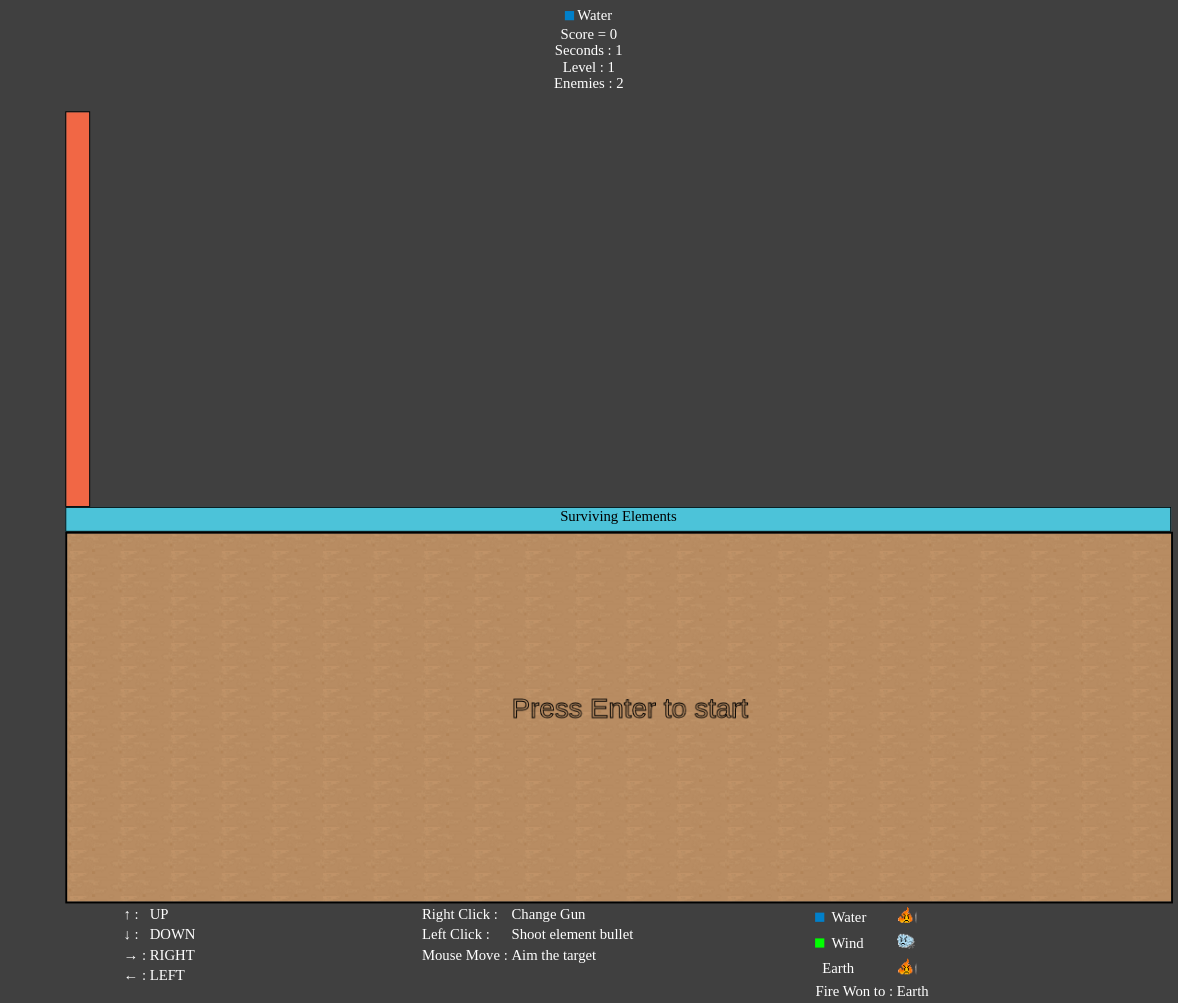
Repository: Pabloitto/Surviving-elements
Page: Surviving-Elements/index.html
The author's editor kept a record of every edit. The page is drawn from the files as they stood at one moment, then again after the next edit.
The browser window is 1280 px wide. The pictures show the whole page, at 92% of full size.

Above is the page before.

### Surviving-Elements/index.html
<!DOCTYPE html>
<html>
<head>
  <meta charset="utf-8">
  <title>Surviving Elements</title>
  <link rel="stylesheet" type="text/css" href="css/styles.css">
</head>
<body>
  <div align="center"></div>
    <div id="divGame">
   		<div class="elements" style="height:100px;">
    		<div style="margin-left:46%;height:20px;width:100px;">
    		  <span id="current"></span><label id="nameElement" class="name"></label>
    		</div>
    		<div id="score"></div>
    		<div id="time"></div>
    		<div id="txtlevel"></div>
    		<div id="txtenemies"></div>
     	</div>
     	<div class="center">
       	<canvas id="progresscanvas" class="progresscanvas"></canvas>
  			<div class="top">Surviving Elements</div>
        <canvas id="canvas" class="maincanvas" style="border:2px solid #000000;"></canvas>
        <div class="controls center">
          <table style="float:left">
            <tr>
              <td>↑ : </td><td>UP</td>
            </tr>
            <tr>
              <td>↓ : </td><td>DOWN</td>
            </tr>
            <tr>
              <td>→ : </td><td>RIGHT</td>
            </tr>
            <tr>
              <td>← : </td><td>LEFT</td>
            </tr>
          </table>
          <table style="float:left;margin-left:25%;">
             <tr>
              <td>Right Click : </td><td>Change Gun</td>
            </tr>
            <tr>
              <td>Left Click : </td><td>Shoot element bullet</td>
            </tr>
            <tr>
              <td>Mouse Move : </td><td>Aim the target</td>
            </tr>
          </table>
            <table style="float:left;margin-left:20%;">
            <tr>
              <td>
                <span id="current" class="Water"></span>
                <label class="name">Water</label>
              </td>
              <td>
                <span class="spriteElements fire"></span>
              </td>
            </tr>
            <tr>
              <td>
                <span id="current" class="Wind"></span>
                <label class="name">Wind</label>
              </td>
              <td>
                <span class="spriteElements wind"></span>
              </td>
            </tr>
            <tr>
              <td>
                <span id="current" class="Earth"></span>
                <label class="name">Earth</label>
              </td>
              <td>
                <span class="spriteElements fire"></span>
              </td>
            </tr>
            <tr>
              <td>Fire Won to : </td><td>Earth</td>
            </tr>
          </table>
        </div>
      </div>
    </div>
</body>
<script type="text/javascript" src="core/main.js"></script>
<script type="text/javascript" src="dom/domtools.js"></script>
<script type="text/javascript" src="collitions/collitionTools.js"></script>
<script type="text/javascript" src="core/utils/imagesfactory.js"></script>
<script type="text/javascript" src="core/utils/soundsfactory.js"></script>
<script type="text/javascript" src="listeners/keyevent.js"></script>
<script type="text/javascript" src="listeners/mouseevent.js"></script>
<script type="text/javascript" src="models/shape.js"></script>
<script type="text/javascript" src="models/progressbar.js"></script>
<script type="text/javascript" src="models/bg.js"></script>
<script type="text/javascript" src="models/particle.js"></script>
<script type="text/javascript" src="models/explosion.js"></script>
<script type="text/javascript" src="models/element.js"></script>
<script type="text/javascript" src="models/cursor.js"></script>
<script type="text/javascript" src="models/bullet.js"></script>
<script type="text/javascript" src="models/energybar.js"></script>
<script type="text/javascript" src="models/hero.js"></script>
<script type="text/javascript" src="models/enemy.js"></script>
<script type="text/javascript" src="core/game.js"></script>
<script type="text/javascript" src="painters/herodrawable.js"></script>
<script type="text/javascript" src="painters/explosiondrawable.js"></script>
<script type="text/javascript" src="painters/bulletdrawable.js"></script>
<script type="text/javascript" src="painters/energybardrawable.js"></script>
<script type="text/javascript" src="painters/enemydrawable.js"></script>
<script type="text/javascript" src="painters/backgrounddrawable.js"></script>
<script type="text/javascript" src="painters/progressbardrawable.js"></script>
</html>

### Surviving-Elements/css/styles.css
canvas {cursor: none;}
body{
	background-color:#404040;
}
.Water{
	background-color: #0180CA;
	height:10px;
	width:10px;
}
.Ground{
	background-color: #655619;
	height:10px;
	width:10px;
}
.Wind{
	background-color: #00FF00;
	height:10px;
	width:10px;
}
.Fire{
	background-color: #CA0F01;
	height:10px;
	width:10px;
}
.fire { display: inline-block;padding-left:4%;width: 20px; height: 20px; background-position: 0px 0px; }
.rock { display: inline-block;padding-left:4%;width: 20px; height: 20px; background-position: -20px 0px; }
.water { display: inline-block;padding-left:4%;width: 20px; height: 20px; background-position: -40px 0px; }
.wind { display: inline-block;padding-left:4%;width: 20px; height: 20px; background-position: -60px 0px; }
.center{
	margin-top:1%;
	margin-left:5%;
}
.elements{
	text-align: center;
}
.maincanvas{
	float:left;
	width:1200px;
	height:400px;
}
.progresscanvas{
	border:solid 1px;
	float:left;
	width:25px;
	height:428px;
}
.top{
	border:solid 1px;
	background-color:#4CC3D9;
	text-align: center;
	float:left;
	width:1200px;
	height:25px;
}
.elements > div{
	color:white;
}
.controls{
	width:80%;
	color:white;
}
#current{
	display: inline-block;
}
.name{
	padding-left:4%;
}
.spriteElements {
	background-image: url('../resources/img/sprite_elements.png');
	background-color: transparent; background-repeat: no-repeat;
	height:20px;
}
#elementRules tr td{
	width:100px;
}

### Surviving-Elements/core/main.js
window.$ = {};
$.es = '';
$.elements= ['Water','Ground','Fire','Wind'];
$.PI2 = Math.PI * 2;
window.onload = function(){
    $.Game();
};

### Surviving-Elements/dom/domtools.js
$.get = function(id){
      return document.getElementById(id);
};
$.attr = function(e,options){
    for (var prop in options) {
        e[prop] = options[prop];
    }
};

### Surviving-Elements/collitions/collitionTools.js
$.intersect = function(a,b){
    return (Math.abs(a.x - b.x) < (a.width + b.width) / 2) &&
        	(Math.abs(a.y - b.y) < (a.height + b.height) / 2);
};
$.intersectWithArray = function(o,elements){
    var r = 0;
	for (var i = 0; i < elements.length; i++) {
		if($.intersect(o,elements[i])){
			r = {e : elements[i] , i : i};
			break;
		}
	}
	return r;
};

### Surviving-Elements/core/utils/imagesfactory.js
$.ImageFactory=(function(){
    var path = 'resources/img/',
        ext = '.png',
        loaded={};

    function getImg(name){
        var image = null;
        if(!loaded[name + ext]){
            image = new Image();
            image.src = path + name + ext;
            loaded[name + ext] = image;
        }else{
            image = loaded[name + ext];
        }
        return image;
    }

    return {
        getImg : getImg
    }
}())
$.Sprite = (function(){
    function getSprite(name,pos){
        var image = $.ImageFactory.getImg(name);
        return {
            image : image,
            pos : pos
        }
    }

    return {
        getSprite : getSprite
    }
}())

### Surviving-Elements/core/utils/soundsfactory.js
$.SoundsFactory=(function(){
    var path = 'resources/sounds/',
        ext = '.wav',
        loaded = {};

    function play(name,loop){
        var audio = null;
        if(!loaded[name + ext]){
            audio = new Audio(path + name + ext);
            loaded[name + ext] = audio;
        }else{
            audio = loaded[name + ext];
        }
        if(loop){
            audio.loop = true;
        }
        audio.play();
    }
    function stop(name){
        var audio = loaded[name + ext];
        if(audio){
            audio.pause();
            audio.currentTime = 0;
        }
    }
    return {
        play : play,
        stop : stop
    }
}())

### Surviving-Elements/listeners/keyevent.js
$.KEY_CODES = {
        UP : 38,
        DOWN : 40,
        LEFT: 37,
        RIGHT:39,
        R : 114,
        r : 82,
        ENTER : 13
};
$.KeyEventListener=function(o){
    var keys = [];

    function init(){
        bindEvents();
    }

    function bindEvents(){
        o.element.addEventListener('keyup',onKeyUp,false);
        o.element.addEventListener('keydown',onKeyDown,false);
    }

    function onKeyDown(e){
		keys[e.keyCode] = 1;
		if(e.keyCode === $.KEY_CODES.r || e.keyCode === $.KEY_CODES.R){
		    o.restart();
		}
		if(e.keyCode === $.KEY_CODES.ENTER){
		    o.start();
		}
	}
	function onKeyUp(e){
		keys[e.keyCode] = 0;
	}
    function getKeys(){
        return keys;
    }

    init();

    return {
        getKeys : getKeys
    };
};

### Surviving-Elements/listeners/mouseevent.js
$.MouseEventListener=function(o){
    function init(){
        bindEvents();
    }

    function bindEvents(){
        o.element.addEventListener('mousemove',onMouseMove,false);
        o.element.addEventListener('mousedown',onMouseClick,false);
        document.addEventListener('contextmenu',onOpenContext,false);
    }
    function onMouseMove(e){
		var x = getFixedX(e),
			y = getFixedY(e);
		o.onMouseMove(x,y);
	}
    function onMouseClick(e){
		var x = getFixedX(e),
			y = getFixedY(e);
		o.onClick(x,y,e.button);
	}
	function onOpenContext(event){
        event.preventDefault();
    }
	function getFixedX(e){
		return e.clientX - o.element.offsetLeft;
	}
	function getFixedY(e){
		return e.clientY - o.element.offsetTop;
	}
    init();
};

### Surviving-Elements/models/shape.js
$.Shape = (function () {
	function Shape() {}
	Shape.prototype.speed = 1;
	Shape.prototype.x = 10;
	Shape.prototype.y = 10;
	Shape.prototype.width = 32;
	Shape.prototype.height = 32;
	Shape.prototype.vy = 0;
	Shape.prototype.vx = 0;
	Shape.prototype.id = '';
	Shape.prototype.calculateAngle = function(xTarget , yTarget){
		return Math.atan2(yTarget - this.y, xTarget - this.x) * 180 / Math.PI;
	}
	Shape.prototype.calculateDirection = function(vectors){
		var angle = this.calculateAngle(vectors.target.x,vectors.target.y),
			radians = angle * Math.PI/ 180;
		this.vx = Math.cos(radians) * this.speed;
	    this.vy = Math.sin(radians) * this.speed;
	}
	Shape.prototype.generateId=function(){
		var result='', i, j;
		for(j=0; j<32; j++) {
			if( j == 8 || j == 12|| j == 16|| j == 20){
		    	result = result + '-';
		    }
			i = Math.floor(Math.random()*16).toString(16).toUpperCase();
		    result = result + i;
		}
		return result;
	}
	return Shape;
})();

### Surviving-Elements/models/progressbar.js
$.ProgressBar= (function(shape){
	function ProgressBar(w,h){
		this.width = w;
		this.height = h;
		this.x = 0;
		this.y = 0;
	}
	ProgressBar.prototype = Object.create(shape.prototype);
	return ProgressBar;
})($.Shape);

### Surviving-Elements/models/bg.js
$.Bg= (function(shape){
	function Bg(w,h){
		this.x = 0;
		this.y = 0;
		this.width = w;
		this.height = h;
		this.offset_y = 25;
		this.offset_x = 55;
		this.spd = 1;
	}
	Bg.prototype = Object.create(shape.prototype);
	Bg.prototype.move = function(k){
		if (k[$.KEY_CODES.UP]) {
			if(this.y > 0){
				this.y -= this.spd;
			}
	    }
	    if (k[$.KEY_CODES.DOWN]) {
	    	if(this.y < this.offset_y){
				this.y += this.spd;
			}
	    }
	}
	Bg.prototype.getImage = function(){
		return $.ImageFactory.getImg('bg');
	}
	return Bg;
})($.Shape);

### Surviving-Elements/models/particle.js
$.Particle= (function(shape){
	var moveBy = 10;
	function Particle(cX,cY){
		this.x = cX;
		this.y = cY;
		this.radius = 1.0;
		this.vx = (-this.radius * (moveBy / 2)) + Math.random() * moveBy;
		this.vy = Math.random() * moveBy;
	}
	Particle.prototype = Object.create(shape.prototype);
	Particle.prototype.move = function(){
		this.x += this.vx;
		this.y += this.vy;
		this.radius = Math.max(this.radius - 0.05, 0.0);
	}
	return Particle;
})($.Shape);

### Surviving-Elements/models/explosion.js
$.Explosion = (function(shape){
	function Explosion(){
		this.x = 0;
		this.y = 0;
		this.particles = [];
		this.length = 40;
		this.isExploting = 0;
	}
	Explosion.prototype.explote = function(){
		if(this.isExploting){
			for(var k = 0; k < this.length; k++) {
				this.particles.push(new $.Particle(this.x,this.y));
			}
		}
	};
	Explosion.prototype.create = function(x,y,color){
		this.x = x;
		this.y = y;
		this.color = color;
		this.isExploting = 1;
	};
	return Explosion;
})($.Shape);

### Surviving-Elements/models/cursor.js
$.Cursor = (function (shape) {
	function Cursor() {
		this.color = '#614126';
	}
	Cursor.prototype = Object.create(shape.prototype);
	Cursor.prototype.move = function(e){
		this.x = e.x;
		this.y = e.y;
	};
	Cursor.prototype.getImage = function(){
		return $.ImageFactory.getImg('pointer');
	};
	return Cursor;
})($.Shape);

### Surviving-Elements/models/bullet.js
$.Bullet = (function (shape) {
	var vectors = null;
	function Bullet(v) {
		vectors = v;
		this.speed = 50;
		this.x = vectors.origin.x;
		this.y = vectors.origin.y;
		this.size = 3;
		this.element = $.es;
		this.color = this.element.color;
		this.calculateDirection(vectors);
	}
	Bullet.prototype = Object.create(shape.prototype);
	Bullet.prototype.move = function(){
		this.x += this.vx;
		this.y += this.vy;
	};
	return Bullet;

})($.Shape);

### Surviving-Elements/models/energybar.js
$.EnergyBar = (function (shape) {
	function EnergyBar(model) {
		this.x = model.x;
		this.y = model.y - (this.height * 4);
		this.width = (model.health) * 10;
		this.height = 5;
		this.strokeColor = "black";
		this.fillColor = "red";
	}
	EnergyBar.prototype = Object.create(shape.prototype);
	EnergyBar.prototype.move = function(model){
		this.x = model.x;
		this.y = model.y - (this.height * 4);
	};
	return EnergyBar;
})($.Shape);

### Surviving-Elements/painters/herodrawable.js
$.HeroDrawable = function(h){
    var hero;
    function init(){
        hero = h;
    }
    function draw(ctx){
        var sprite = hero.getSprite();
		ctx.save();
		ctx.translate(hero.x, hero.y);
		ctx.rotate(hero.angle * Math.PI/180);
		ctx.drawImage(sprite.image,
		        sprite.pos.x,
				sprite.pos.y,
				hero.width,
           		hero.height,
				-(hero.width/2),
				-(hero.height/2),
				hero.width,
           		hero.height);
		ctx.restore();
    }
    init();
    return {
        draw: draw
    }
};

### Surviving-Elements/painters/explosiondrawable.js
$.ExplosionDrawable = function(e){
    var explosion;
    function init(){
        explosion = e;
    }
    function draw(ctx){
        for(var i = 0; i < explosion.particles.length; i++) {
			var current = explosion.particles[i];
			ctx.beginPath();
			ctx.fillStyle = explosion.color;
			if (current.radius > 0) {
				ctx.arc(current.x, current.y, current.radius, 0, $.PI2, false);
			}
			ctx.fill();
			current.move();
		}
    }
    init();
    return {
        draw: draw
    }
};

### Surviving-Elements/painters/bulletdrawable.js
$.BulletDrawable = function(b){
    var bullet;
    function init(){
        bullet = b;
    }
    function draw(ctx){
        bullet.move();
        ctx.fillStyle = bullet.color;
	    ctx.arc(bullet.x,bullet.y,bullet.size,0,$.PI2,true);
		ctx.closePath();
    }
    init();
    return {
        draw: draw
    }
};

### Surviving-Elements/painters/energybardrawable.js
$.EnergyBarDrawable = function(b){
    var bar;
    function init(){
        bar = b;
    }
    function draw(ctx,life,canIncrement){
        ctx.beginPath();
        ctx.strokeStyle = bar.strokeColor;
        ctx.rect(bar.x,bar.y, canIncrement ? (life || 1) * 10 : bar.width,bar.height);
        ctx.stroke();
        ctx.closePath();

        ctx.beginPath();
        ctx.fillStyle = bar.fillColor;
        ctx.fillRect(bar.x,bar.y,(life || 1) * 10 ,bar.height);
        ctx.closePath();
    }
    init();
    return {
        draw: draw
    }
};

### Surviving-Elements/painters/enemydrawable.js
$.EnemyDrawable = function(e){
    var enemy;
    function init(){
        enemy = e;
    }
    function draw(ctx){
        ctx.drawImage(enemy.sprite.image,
				enemy.sprite.pos.x,
				enemy.sprite.pos.y,
				enemy.width,
           		enemy.height,
				enemy.x,
				enemy.y,
				enemy.width,
           		enemy.height);
    }
    init();
    return {
        draw: draw
    }
};

### Surviving-Elements/painters/backgrounddrawable.js
$.BgDrawable = function(bg){
    var background;
    function init(){
        background = bg;
    }
    function draw(ctxBg,cW,cH){
       var img = background.getImage(),w=0,h =0;
	    for (; w<cW; w += background.width) {
	        for (;h<cH; h += background.height) {
	            ctxBg.drawImage(img, (w + background.x) - 55, h + background.y);
	        }
	    }
		for (w=0; w<cW;w+=background.width) {
	        for (h=0; h < cH; h += background.height) {
	            ctxBg.drawImage(img, w + background.x, h + background.y);
	        }
	    }
	    for (w=0;w < cW; w += background.width) {
	        for (h=0; h < cH; h += background.height) {
	            ctxBg.drawImage(img, w + background.x, (h + background.y) - 25);
	        }
	    }
    }
    init();
    return {
        draw: draw
    }
};

### Surviving-Elements/painters/progressbardrawable.js
$.ProgressBarDrawable = function(p){
    var pb;
    function init(){
        pb = p;
    }
    function draw(ctx, totalEnemies , countEnemies){
        ctx.fillStyle="#F16745";
        ctx.fillRect(pb.x,pb.y,pb.width,pb.height);
        var partial = (countEnemies * pb.height) / totalEnemies;
        ctx.fillStyle="#7BC8A4";
        ctx.fillRect(pb.x ,pb.width / 2,pb.width,-partial);
    }
    init();
    return {
        draw: draw
    }
};

Loaded but not shown: Surviving-Elements/core/game.js (318 lines, source omitted); Surviving-Elements/models/hero.js (79 lines, source omitted); Surviving-Elements/models/element.js (51 lines, source omitted); Surviving-Elements/models/enemy.js (43 lines, source omitted)

After the next edit:
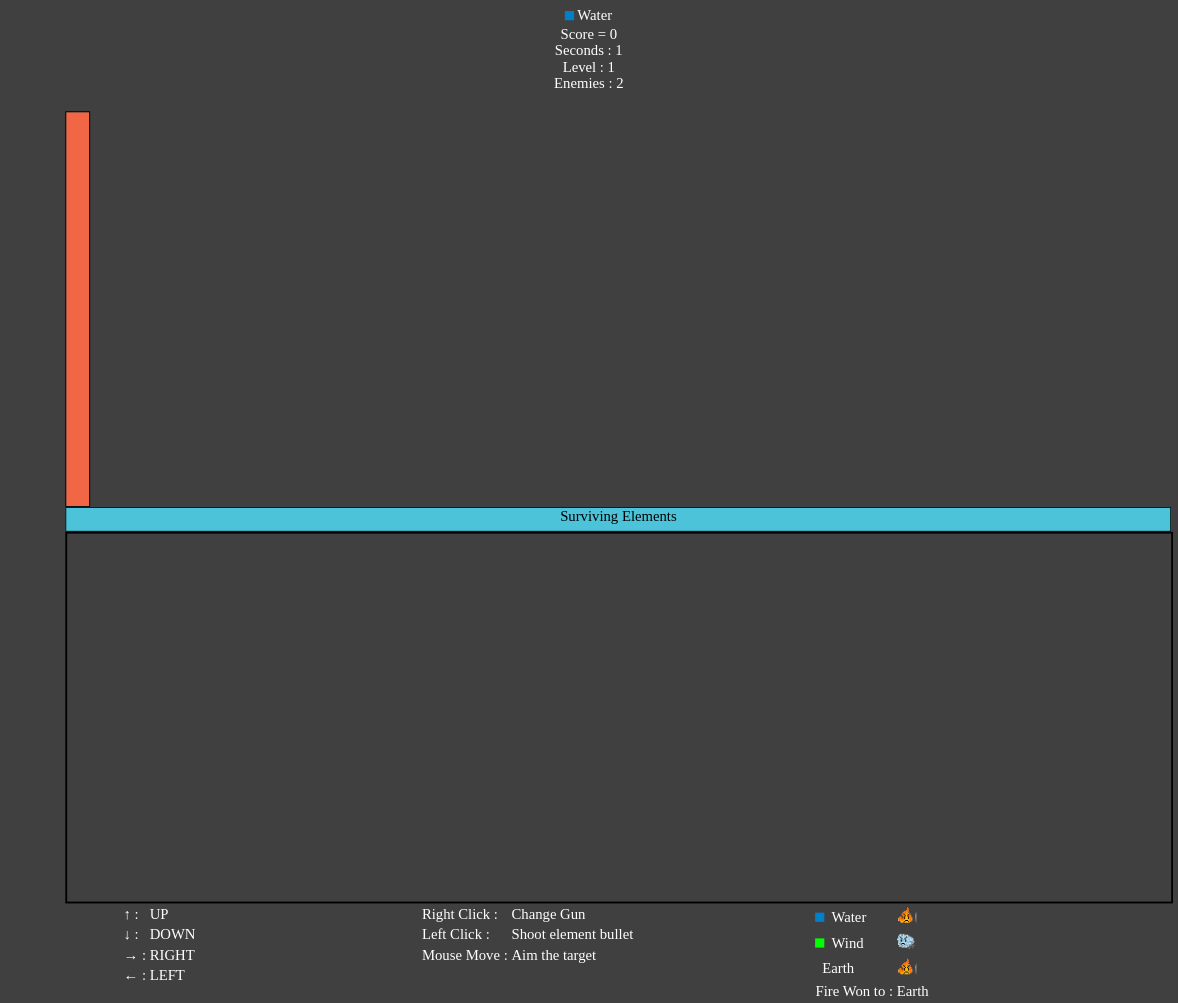
Console error: ReferenceError: newx is not defined
The edit:
--- a/Surviving-Elements/painters/progressbardrawable.js
+++ b/Surviving-Elements/painters/progressbardrawable.js
@@ -9,6 +9,13 @@
         var partial = (countEnemies * pb.height) / totalEnemies;
         ctx.fillStyle="#7BC8A4";
         ctx.fillRect(pb.x ,pb.width / 2,pb.width,-partial);
+
+         ctx.save();
+         ctx.translate(newx, newy);
+         ctx.rotate(-Math.PI/2);
+         ctx.textAlign = "center";
+         ctx.fillText("Progress", labelXposition, 0);
+         ctx.restore();
     }
     init();
     return {

After the 2 edits that followed:
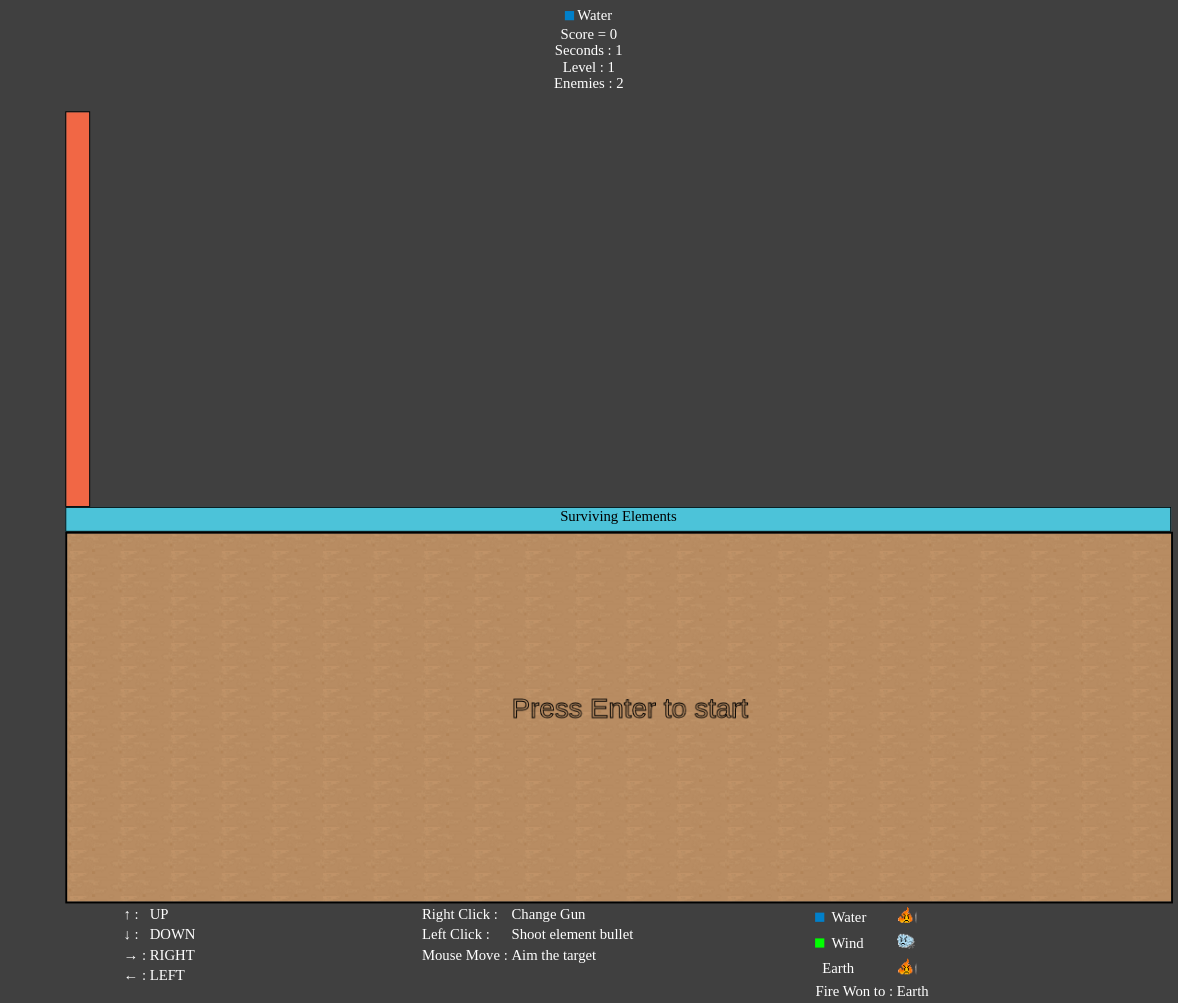
The error is gone.
The 2 edits are shown as one change because 1 left the picture as it was.
The edit:
--- a/Surviving-Elements/painters/progressbardrawable.js
+++ b/Surviving-Elements/painters/progressbardrawable.js
@@ -9,13 +9,6 @@
         var partial = (countEnemies * pb.height) / totalEnemies;
         ctx.fillStyle="#7BC8A4";
         ctx.fillRect(pb.x ,pb.width / 2,pb.width,-partial);
-
-         ctx.save();
-         ctx.translate(newx, newy);
-         ctx.rotate(-Math.PI/2);
-         ctx.textAlign = "center";
-         ctx.fillText("Progress", labelXposition, 0);
-         ctx.restore();
     }
     init();
     return {
